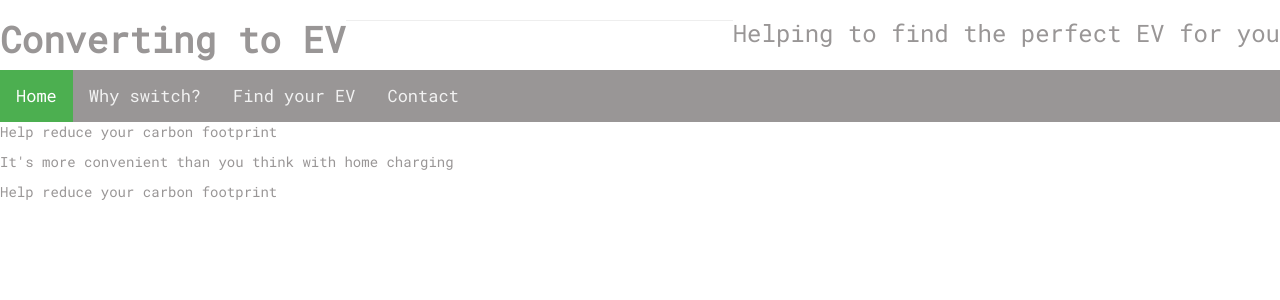
Repository: gnisco/project-2
Page: index.html
The author's editor kept a record of every edit. The page is drawn from the files as they stood at one moment, then again after the next edit.
The browser window is 1280 px wide. The pictures show the whole page.
Some web libraries are served in a nearby version.

Above is the page before.

After the next edit:
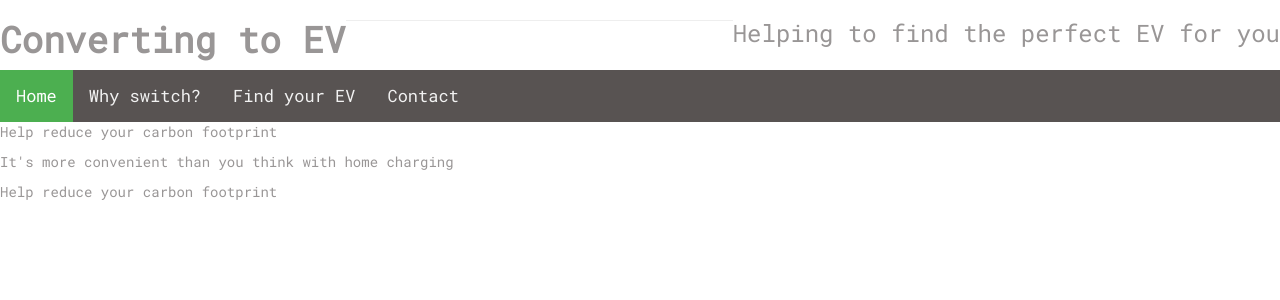
The edit:
--- a/assets/css/style.css
+++ b/assets/css/style.css
@@ -28,7 +28,7 @@
 
 /* Add a black background color to the top navigation */
 .topnav {
-  background-color: #999696;
+  background-color: #585352;
   overflow: hidden;
 }
 
